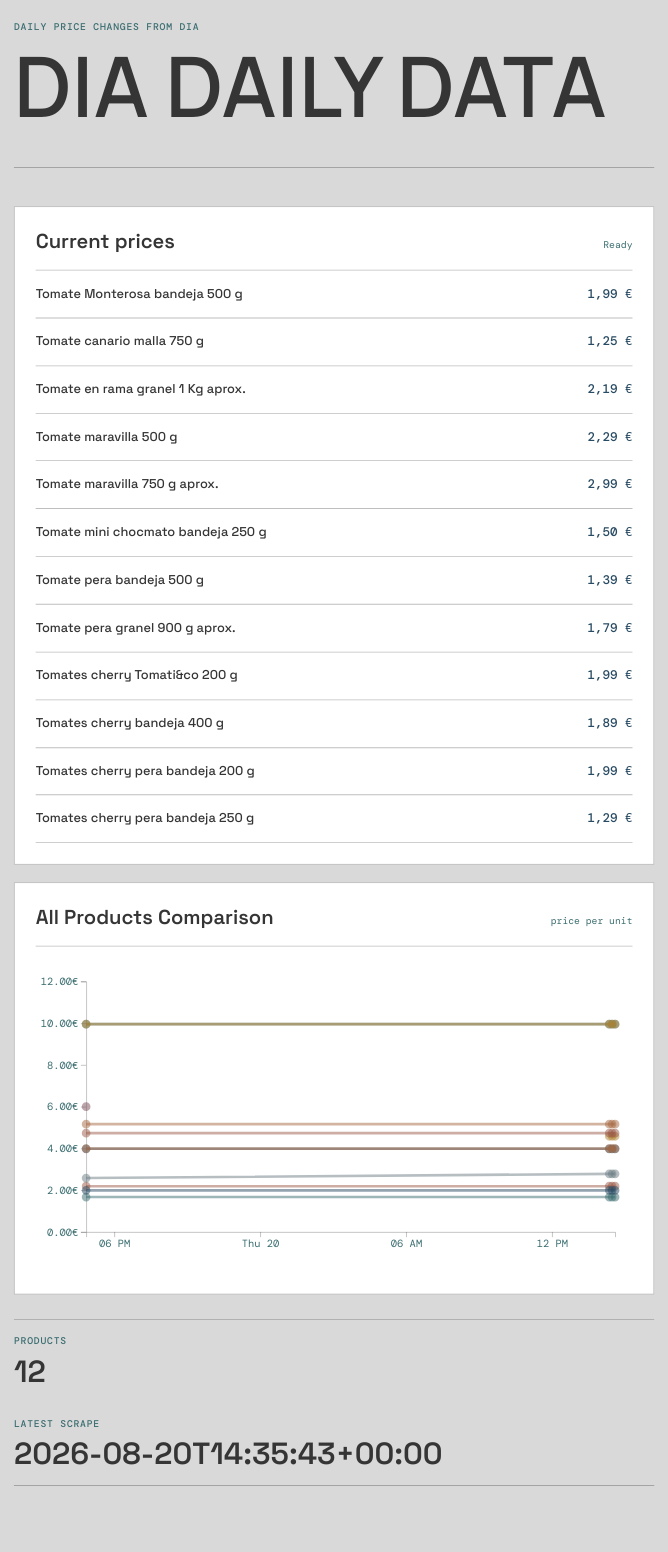
Repository: lloop/dia-daily-data
Page: http://localhost/
These files come from the project's save history. The page is drawn as it stood at one moment and after the next save; the edit follows.
The browser window is 768 px wide. The pictures show the whole page, at 87% of full size.
The page is served by the project's application, run on Flask 3 (app.py). Other server files are loaded and not shown. The page reads the database file committed with the project.

Above is the page before, as saved 2026-08-20 17:46:15.

### templates/index.html
<!doctype html>
<html lang="en">
<head>
  <meta charset="utf-8">
  <meta name="viewport" content="width=device-width, initial-scale=1">
  <title>Daily Price Changes From DIA</title>
  <link rel="stylesheet" href="{{ url_for('static', filename='styles.css') }}">
</head>
<body>
  <main class="dashboard">
    <header class="dashboard__header">
      <p class="eyebrow">Daily Price Changes From DIA</p>
      <h1>DIA DAILY DATA</h1>
      <!-- <p class="lede">A live view of products and price snapshots from DIA supermarket.</p> -->
    </header>

    <section class="content-grid">
      <div class="panel">
        <div class="panel__heading">
          <h2>Current prices</h2>
          <span id="status">Loading...</span>
        </div>
        <div id="product-list" class="product-list"></div>
      </div>

      <div class="panel panel--chart">
        <div class="panel__heading">
          <h2 id="chart-title">Price history</h2>
          <span id="chart-unit"></span>
        </div>
        <svg id="price-chart" role="img" aria-label="Selected product price history"></svg>
        <p id="empty-chart" class="empty-state">Select a product to inspect its price history.</p>
      </div>
    </section>

    <section class="summary" aria-label="Database summary">
      <div><span class="summary__label">Products</span><strong id="product-count">-</strong></div>
      <div><span class="summary__label">Latest scrape</span><strong id="latest-scrape">-</strong></div>
    </section>

  </main>

  <script src="https://cdn.jsdelivr.net/npm/d3@7"></script>
  <script src="{{ url_for('static', filename='app.js') }}"></script>
</body>
</html>

### app.py
"""Flask server for exploring scraped DIA product and price data."""

import json
import sqlite3
from pathlib import Path

from flask import Flask, jsonify, render_template

from config import DATABASE_FILE


def create_app(database_path=None):
    """Create the Flask application, optionally using a test database."""
    app = Flask(__name__)
    app.config['DATABASE_FILE'] = Path(database_path or DATABASE_FILE)

    def query_database(query, parameters=()):
        database_file = app.config['DATABASE_FILE']
        if not database_file.exists():
            return []

        with sqlite3.connect(database_file) as connection:
            connection.row_factory = sqlite3.Row
            return [dict(row) for row in connection.execute(query, parameters)]

    @app.get('/')
    def index():
        return render_template('index.html')

    @app.get('/api/products')
    def products():
        rows = query_database(
            """
            SELECT
                products.id,
                products.name,
                products.item_type,
                products.metadata_json,
                latest.price,
                latest.currency,
                latest.raw_price_per_unit,
                latest.unit_price_eur,
                latest.availability,
                latest.scraped_at
            FROM products
            LEFT JOIN price_logs AS latest
                ON latest.id = (
                    SELECT price_logs.id
                    FROM price_logs
                    WHERE price_logs.product_id = products.id
                    ORDER BY price_logs.scraped_at DESC, price_logs.id DESC
                    LIMIT 1
                )
            ORDER BY products.name
            """
        )

        for row in rows:
            row['metadata'] = json.loads(row.pop('metadata_json') or '{}')

        return jsonify(rows)

    @app.get('/api/products/<int:product_id>/price-history')
    def price_history(product_id):
        rows = query_database(
            """
            SELECT price, currency, raw_price_per_unit, unit_price_eur,
                   availability, scraped_at
            FROM price_logs
            WHERE product_id = ?
            ORDER BY scraped_at, id
            """,
            (product_id,),
        )
        return jsonify(rows)

    return app


app = create_app()


if __name__ == '__main__':
    app.run(debug=True)

### static/styles.css
@import url('https://fonts.googleapis.com/css2?family=DM+Mono:wght@400;500&family=Manrope:wght@400;500;600;700&family=Space+Grotesk:wght@400;500;600;700&display=swap');

:root {
  color-scheme: light;
  --font-display: 'Space Grotesk', 'Helvetica Neue', Arial, sans-serif;
  --font-heading: 'Manrope', 'Helvetica Neue', Arial, sans-serif;
  --font-mono: 'DM Mono', 'Courier New', monospace;
  --graphite: #353535;
  --stormy-teal: #3c6e71;
  --white: #ffffff;
  --alabaster-grey: #d9d9d9;
  --yale-blue: #284b63;
  --ink: var(--graphite);
  --muted: var(--stormy-teal);
  --paper: var(--alabaster-grey);
  --panel: var(--white);
  --line: rgba(53, 53, 53, 0.32);
  --accent: var(--yale-blue);
  --accent-soft: rgba(60, 110, 113, 0.12);
}

* { box-sizing: border-box; }
body { margin: 0; background: var(--paper); color: var(--ink); font-family: var(--font-display); }
.dashboard { max-width: 1440px; margin: 0 auto; padding: 32px 36px 64px; }
.dashboard__header { max-width: none; margin-bottom: 72px; padding-bottom: 24px; border-bottom: 1px solid var(--line); }
.eyebrow, .summary__label, #status, #chart-unit { font: 500 0.7rem/1.2 var(--font-mono); letter-spacing: 0.08em; text-transform: uppercase; }
.eyebrow { color: var(--stormy-teal); margin: 0 0 20px; }
h1 { max-width: none; white-space: nowrap; font-family: var(--font-heading); font-size: clamp(2.6rem, 10vw, 9rem); line-height: 0.86; margin: 0 0 28px; font-weight: 600; letter-spacing: 0; }
.lede { max-width: 410px; color: var(--muted); font: 500 1rem/1.5 var(--font-display); margin: 0 0 0 auto; }
.summary { display: flex; gap: 0; margin-bottom: 28px; border-top: 1px solid var(--line); border-bottom: 1px solid var(--line); }
.summary > div { flex: 1; background: transparent; border: 0; border-radius: 0; padding: 18px 20px 18px 0; box-shadow: none; }
.summary__label { display: block; color: var(--muted); margin-bottom: 10px; }
.summary strong { font-size: 2.2rem; line-height: 1; font-weight: 600; }
.content-grid { display: grid; grid-template-columns: minmax(280px, 0.75fr) minmax(420px, 1.6fr); gap: 48px; margin-bottom: 28px; }
.panel { background: var(--panel); border: 1px solid var(--line); border-radius: 0; padding: 24px; min-height: 420px; box-shadow: none; }
.panel__heading { display: flex; align-items: baseline; justify-content: space-between; gap: 16px; border-bottom: 1px solid var(--line); padding-bottom: 18px; }
h2 { font-size: 1.45rem; font-weight: 600; letter-spacing: 0; margin: 0; }
#status, #chart-unit { color: var(--muted); letter-spacing: 0; text-transform: none; font-weight: 400; }
.product-list { display: grid; }
.product-button { display: flex; justify-content: space-between; gap: 16px; width: 100%; text-align: left; border: 0; border-bottom: 1px solid var(--line); background: transparent; color: inherit; padding: 17px 0; cursor: pointer; transition: background 160ms ease, padding 160ms ease; }
.product-button:hover, .product-button.is-selected { background: var(--accent-soft); padding-left: 12px; padding-right: 12px; }
.product-name { font: 500 0.92rem/1.35 var(--font-display); }
.product-price { white-space: nowrap; font: 500 0.9rem/1.35 var(--font-mono); color: var(--accent); }
#price-chart { width: 100%; height: 350px; margin-top: 20px; overflow: visible; }
.axis text { fill: var(--muted); font: 12px var(--font-mono); }
.axis path, .axis line { stroke: var(--line); }
.chart-line { fill: none; stroke: var(--accent); stroke-width: 3; }
.chart-dot { fill: var(--panel); stroke: var(--accent); stroke-width: 2; }
.empty-state { color: var(--muted); font: 400 0.95rem/1.5 var(--font-display); }
@media (max-width: 800px) { .dashboard { padding: 24px 16px 48px; } .dashboard__header { margin-bottom: 44px; } h1 { font-size: clamp(2rem, 13vw, 6rem); } .lede { margin-left: 0; } .content-grid { grid-template-columns: 1fr; gap: 20px; } .summary { flex-direction: column; } .summary > div { padding-right: 0; } .panel--chart { min-height: 360px; } }

### static/app.js
const state = { products: [], histories: {}, selectedId: null };

const productList = document.querySelector('#product-list');
const status = document.querySelector('#status');
const productCount = document.querySelector('#product-count');
const latestScrape = document.querySelector('#latest-scrape');
const chartTitle = document.querySelector('#chart-title');
const chartUnit = document.querySelector('#chart-unit');
const chart = d3.select('#price-chart');
const emptyChart = document.querySelector('#empty-chart');

// Muted colors keep overlapping product histories distinct without becoming loud.
const colorScale = d3.scaleOrdinal([
  '#284b63',
  '#3c6e71',
  '#9b5c4a',
  '#b18432',
  '#a86b45',
  '#7c4f5a',
  '#6e7f86',
]);

function formatPrice(value, currency = 'EUR') {
  if (value === null || value === undefined) return 'No price';
  return new Intl.NumberFormat('es-ES', { style: 'currency', currency }).format(value);
}

function renderProducts() {
  productList.replaceChildren();
  state.products.forEach(product => {
    const button = document.createElement('button');
    button.className = 'product-button';
    button.dataset.productId = product.id;
    button.innerHTML = `<span class="product-name">${product.name}</span><span class="product-price">${formatPrice(product.price, product.currency)}</span>`;

    // Hover over sidebar button to highlight corresponding line on the chart
    button.addEventListener('mouseenter', () => highlightProduct(product.id));
    button.addEventListener('mouseleave', () => resetHighlight());

    // Click button to isolate/select product title
    button.addEventListener('click', () => selectProduct(product.id));
    productList.append(button);
  });
}

function drawChart() {
  const width = chart.node().clientWidth || 600;
  const height = 350;
  const margin = { top: 20, right: 20, bottom: 42, left: 58 };

  chart.attr('viewBox', `0 0 ${width} ${height}`).selectAll('*').remove();

  // Combine all product histories into arrays for plotting
  const allSeries = state.products.map(product => {
    const rawHistory = state.histories[product.id] || [];
    return {
      product,
      values: rawHistory.map(item => ({ ...item, date: new Date(item.scraped_at) }))
    };
  }).filter(series => series.values.length > 0);

  const hasData = allSeries.length > 0;
  emptyChart.hidden = hasData;
  chartUnit.textContent = hasData ? 'price per unit' : '';
  if (!hasData) return;

  // Flatten values across all products to calculate global X and Y domains
  const allPoints = allSeries.flatMap(s => s.values);
  const x = d3.scaleTime()
    .domain(d3.extent(allPoints, d => d.date))
    .range([margin.left, width - margin.right]);

  const y = d3.scaleLinear()
    .domain([0, d3.max(allPoints, d => d.unit_price_eur) * 1.15 || 1])
    .nice()
    .range([height - margin.bottom, margin.top]);

  const line = d3.line()
    .x(d => x(d.date))
    .y(d => y(d.unit_price_eur));

  // Axes
  chart.append('g')
    .attr('class', 'axis')
    .attr('transform', `translate(0,${height - margin.bottom})`)
    .call(d3.axisBottom(x).ticks(5));

  chart.append('g')
    .attr('class', 'axis')
    .attr('transform', `translate(${margin.left},0)`)
    .call(d3.axisLeft(y).ticks(5).tickFormat(value => `${value.toFixed(2)}€`));

  // Render Overlaid Lines (50% Opacity)
  allSeries.forEach(series => {
    const lineColor = colorScale(series.product.id);

    chart.append('path')
      .datum(series.values)
      .attr('class', `chart-line line-product-${series.product.id}`)
      .attr('d', line)
      .attr('fill', 'none')
      .style('stroke', lineColor)
      .attr('stroke-width', 2)
      .attr('opacity', 0.5);

    // Data points for hover feedback
    chart.selectAll(`.chart-dot-${series.product.id}`)
      .data(series.values)
      .join('circle')
      .attr('class', `chart-dot chart-dot-${series.product.id}`)
      .attr('r', 4)
      .attr('cx', item => x(item.date))
      .attr('cy', item => y(item.unit_price_eur))
      .style('fill', lineColor)
      .style('stroke', lineColor)
      .attr('opacity', 0.5)
      .on('mouseenter', () => highlightProduct(series.product.id))
      .on('mouseleave', () => resetHighlight())
      .append('title')
      .text(item => `${series.product.name}\n${formatPrice(item.unit_price_eur)} - ${item.scraped_at}`);
  });
}

function highlightProduct(productId) {
  // Dim all lines to 15% opacity, highlight selected line at 100% opacity
  chart.selectAll('.chart-line')
    .attr('opacity', 0.15)
    .attr('stroke-width', 2);

  chart.selectAll('.chart-dot')
    .attr('opacity', 0.15);

  chart.selectAll(`.line-product-${productId}`)
    .attr('opacity', 1)
    .attr('stroke-width', 4);

  chart.selectAll(`.chart-dot-${productId}`)
    .attr('opacity', 1);
}

function resetHighlight() {
  // Restore all lines to 50% opacity
  chart.selectAll('.chart-line')
    .attr('opacity', 0.5)
    .attr('stroke-width', 2);

  chart.selectAll('.chart-dot')
    .attr('opacity', 0.5);
}

function selectProduct(productId) {
  state.selectedId = productId;
  document.querySelectorAll('.product-button').forEach(button => {
    button.classList.toggle('is-selected', Number(button.dataset.productId) === productId);
  });
  const product = state.products.find(item => item.id === productId);
  if (product) {
    chartTitle.textContent = product.name;
  }
}

async function loadProducts() {
  const response = await fetch('/api/products');
  state.products = await response.json();
  productCount.textContent = state.products.length;
  latestScrape.textContent = state.products.reduce((latest, item) => item.scraped_at > latest ? item.scraped_at : latest, '-') || '-';
  status.textContent = state.products.length ? 'Loading history...' : 'No database records';

  renderProducts();

  // Fetch price history for all products in parallel
  const historyPromises = state.products.map(product =>
    fetch(`/api/products/${product.id}/price-history`)
      .then(res => res.json())
      .then(data => { state.histories[product.id] = data; })
  );

  await Promise.all(historyPromises);

  status.textContent = state.products.length ? 'Ready' : 'No database records';
  chartTitle.textContent = 'All Products Comparison';
  drawChart();
}

loadProducts().catch(error => {
  status.textContent = 'Unable to load data';
  console.error(error);
});

### output/dia_products.sqlite3 (the tables this page reads, as SQL)
CREATE TABLE price_logs (
    id INTEGER PRIMARY KEY,
    product_id INTEGER NOT NULL,
    price REAL,
    currency TEXT,
    raw_price_per_unit TEXT,
    unit_price_eur REAL,
    availability TEXT,
    scraped_at DATETIME NOT NULL,
    FOREIGN KEY (product_id) REFERENCES products(id)
);
INSERT INTO "price_logs" VALUES
(1, 1, 1.29, 'EUR', '(2,58 €/KILO)', 2.58, 'https://schema.org/InStock', '2026-08-19T16:50:45+00:00'),
(2, 2, 2.19, 'EUR', '(2,19 €/KILO)', 2.19, 'https://schema.org/InStock', '2026-08-19T16:50:45+00:00'),
(3, 3, 1.99, 'EUR', '(9,95 €/KILO)', 9.95, 'https://schema.org/InStock', '2026-08-19T16:50:45+00:00'),
(4, 4, 1.29, 'EUR', '(5,16 €/KILO)', 5.16, 'https://schema.org/InStock', '2026-08-19T16:50:45+00:00'),
(5, 5, 1.79, 'EUR', '(1,99 €/KILO)', 1.99, 'https://schema.org/InStock', '2026-08-19T16:50:45+00:00'),
(6, 6, 1.89, 'EUR', '(4,73 €/KILO)', 4.73, 'https://schema.org/InStock', '2026-08-19T16:50:45+00:00'),
(7, 7, 1.99, 'EUR', '(3,98 €/KILO)', 3.98, 'https://schema.org/InStock', '2026-08-19T16:50:45+00:00'),
(8, 8, 1.25, 'EUR', '(1,67 €/KILO)', 1.67, 'https://schema.org/InStock', '2026-08-19T16:50:45+00:00'),
(9, 9, 2.99, 'EUR', '(3,99 €/KILO)', 3.99, 'https://schema.org/OutOfStock', '2026-08-19T16:50:45+00:00'),
(10, 10, 1.5, 'EUR', '(6,00 €/KILO)', 6.0, 'https://schema.org/InStock', '2026-08-19T16:50:45+00:00'),
(11, 11, 1.99, 'EUR', '(9,95 €/KILO)', 9.95, 'https://schema.org/InStock', '2026-08-19T16:50:45+00:00'),
(12, 1, 1.39, 'EUR', '(2,78 €/KILO)', 2.78, 'https://schema.org/InStock', '2026-08-20T14:21:22+00:00'),
(13, 2, 2.19, 'EUR', '(2,19 €/KILO)', 2.19, 'https://schema.org/InStock', '2026-08-20T14:21:22+00:00'),
(14, 3, 1.99, 'EUR', '(9,95 €/KILO)', 9.95, 'https://schema.org/InStock', '2026-08-20T14:21:22+00:00'),
(15, 4, 1.29, 'EUR', '(5,16 €/KILO)', 5.16, 'https://schema.org/InStock', '2026-08-20T14:21:22+00:00'),
(16, 5, 1.79, 'EUR', '(1,99 €/KILO)', 1.99, 'https://schema.org/InStock', '2026-08-20T14:21:22+00:00'),
(17, 6, 1.89, 'EUR', '(4,73 €/KILO)', 4.73, 'https://schema.org/InStock', '2026-08-20T14:21:22+00:00'),
(18, 7, 1.99, 'EUR', '(3,98 €/KILO)', 3.98, 'https://schema.org/InStock', '2026-08-20T14:21:22+00:00'),
(19, 8, 1.25, 'EUR', '(1,67 €/KILO)', 1.67, 'https://schema.org/InStock', '2026-08-20T14:21:22+00:00'),
(20, 9, 2.99, 'EUR', '(3,99 €/KILO)', 3.99, 'https://schema.org/OutOfStock', '2026-08-20T14:21:22+00:00'),
(21, 11, 1.99, 'EUR', '(9,95 €/KILO)', 9.95, 'https://schema.org/InStock', '2026-08-20T14:21:22+00:00'),
(22, 12, 2.29, 'EUR', '(4,58 €/KILO)', 4.58, 'https://schema.org/InStock', '2026-08-20T14:21:22+00:00'),
(23, 1, 1.39, 'EUR', '(2,78 €/KILO)', 2.78, 'https://schema.org/InStock', '2026-08-20T14:28:25+00:00'),
(24, 2, 2.19, 'EUR', '(2,19 €/KILO)', 2.19, 'https://schema.org/InStock', '2026-08-20T14:28:25+00:00'),
(25, 3, 1.99, 'EUR', '(9,95 €/KILO)', 9.95, 'https://schema.org/InStock', '2026-08-20T14:28:25+00:00'),
(26, 4, 1.29, 'EUR', '(5,16 €/KILO)', 5.16, 'https://schema.org/InStock', '2026-08-20T14:28:25+00:00'),
(27, 5, 1.79, 'EUR', '(1,99 €/KILO)', 1.99, 'https://schema.org/InStock', '2026-08-20T14:28:25+00:00'),
(28, 6, 1.89, 'EUR', '(4,73 €/KILO)', 4.73, 'https://schema.org/InStock', '2026-08-20T14:28:25+00:00'),
(29, 7, 1.99, 'EUR', '(3,98 €/KILO)', 3.98, 'https://schema.org/InStock', '2026-08-20T14:28:25+00:00'),
(30, 8, 1.25, 'EUR', '(1,67 €/KILO)', 1.67, 'https://schema.org/InStock', '2026-08-20T14:28:25+00:00'),
(31, 9, 2.99, 'EUR', '(3,99 €/KILO)', 3.99, 'https://schema.org/OutOfStock', '2026-08-20T14:28:25+00:00'),
(32, 11, 1.99, 'EUR', '(9,95 €/KILO)', 9.95, 'https://schema.org/InStock', '2026-08-20T14:28:25+00:00'),
(33, 12, 2.29, 'EUR', '(4,58 €/KILO)', 4.58, 'https://schema.org/InStock', '2026-08-20T14:28:25+00:00'),
(34, 1, 1.39, 'EUR', '(2,78 €/KILO)', 2.78, 'https://schema.org/InStock', '2026-08-20T14:35:43+00:00'),
(35, 2, 2.19, 'EUR', '(2,19 €/KILO)', 2.19, 'https://schema.org/InStock', '2026-08-20T14:35:43+00:00'),
(36, 3, 1.99, 'EUR', '(9,95 €/KILO)', 9.95, 'https://schema.org/InStock', '2026-08-20T14:35:43+00:00'),
(37, 4, 1.29, 'EUR', '(5,16 €/KILO)', 5.16, 'https://schema.org/InStock', '2026-08-20T14:35:43+00:00'),
(38, 5, 1.79, 'EUR', '(1,99 €/KILO)', 1.99, 'https://schema.org/InStock', '2026-08-20T14:35:43+00:00'),
(39, 6, 1.89, 'EUR', '(4,73 €/KILO)', 4.73, 'https://schema.org/InStock', '2026-08-20T14:35:43+00:00'),
(40, 7, 1.99, 'EUR', '(3,98 €/KILO)', 3.98, 'https://schema.org/InStock', '2026-08-20T14:35:43+00:00'),
(41, 8, 1.25, 'EUR', '(1,67 €/KILO)', 1.67, 'https://schema.org/InStock', '2026-08-20T14:35:43+00:00'),
(42, 9, 2.99, 'EUR', '(3,99 €/KILO)', 3.99, 'https://schema.org/OutOfStock', '2026-08-20T14:35:43+00:00'),
(43, 11, 1.99, 'EUR', '(9,95 €/KILO)', 9.95, 'https://schema.org/InStock', '2026-08-20T14:35:43+00:00'),
(44, 12, 2.29, 'EUR', '(4,58 €/KILO)', 4.58, 'https://schema.org/InStock', '2026-08-20T14:35:43+00:00');

CREATE TABLE products (
    id INTEGER PRIMARY KEY,
    name TEXT UNIQUE NOT NULL,
    item_type TEXT,
    metadata_json TEXT NOT NULL
);
INSERT INTO "products" VALUES
(1, 'Tomate pera bandeja 500 g', 'Product', '{"type": "Product", "info_labels": ["Calibre: + 57MM-75MM", "Categoria: I", "Variedad: PERA", "Origen: PORTUGAL", "Tipo de producto: Tomates"]}'),
(2, 'Tomate en rama granel 1 Kg aprox.', 'Product', '{"type": "Product", "info_labels": ["Calibre: 57 + MM", "Categoria: I", "Variedad: RAMA", "Origen: VER ENVASE", "Tipo de producto: Tomates"]}'),
(3, 'Tomates cherry Tomati&co 200 g', 'Product', '{"type": "Product", "info_labels": ["Calibre: 18-35MM", "Categoria: I", "Variedad: VITALION", "Origen: ESPAÑA", "Tipo de producto: Tomates"]}'),
(4, 'Tomates cherry pera bandeja 250 g', 'Product', '{"type": "Product", "info_labels": ["Calibre: 17-35 MM", "Categoria: I", "Variedad: CHERRY PERA, ANGELLE", "Origen: ESPAÑA", "Tipo de producto: Tomates"]}'),
(5, 'Tomate pera granel 900 g aprox.', 'Product', '{"type": "Product", "info_labels": ["Calibre: 47-66MM", "Categoria: I", "Variedad: PERA", "Origen: PORTUGAL", "Tipo de producto: Tomates"]}'),
(6, 'Tomates cherry bandeja 400 g', 'Product', '{"type": "Product", "info_labels": ["Calibre: 18 MM - 32 MM", "Categoria: I", "Variedad: CHERRY REDONDO, KARELYA", "Origen: ESPAÑA", "Tipo de producto: Tomates"]}'),
(7, 'Tomate Monterosa bandeja 500 g', 'Product', '{"type": "Product", "info_labels": ["Calibre: +67MM-", "Categoria: I", "Variedad: MONTEROSA", "Origen: VER ENVASE", "Tipo de producto: Tomates"]}'),
(8, 'Tomate canario malla 750 g', 'Product', '{"type": "Product", "info_labels": ["Calibre: 47MM-66MM", "Categoria: I", "Variedad: -", "Origen: PORTUGAL", "Tipo de producto: Tomates"]}'),
(9, 'Tomate maravilla 750 g aprox.', 'Product', '{"type": "Product", "info_labels": ["Calibre: + 67MM", "Categoria: I", "Variedad: MARAVILLA", "Origen: ESPAÑA", "Tipo de producto: Tomates"]}'),
(10, 'Tomate mini chocmato bandeja 250 g', 'Product', '{"type": "Product", "info_labels": ["Calibre: 17-35MM", "Categoria: I", "Variedad: MINI CHOCMATO", "Origen: ESPAÑA", "Tipo de producto: Tomates"]}'),
(11, 'Tomates cherry pera bandeja 200 g', 'Product', '{"type": "Product", "info_labels": ["Calibre: 20-35 MM", "Categoria: I", "Variedad: CHERRY PERA LOBELLO", "Origen: ESPAÑA", "Tipo de producto: Tomates"]}'),
(12, 'Tomate maravilla 500 g', 'Product', '{"type": "Product", "info_labels": ["Calibre: 57 MM", "Categoria: I", "Variedad: MARAVILLA", "Origen: ESPAÑA", "Tipo de producto: Tomates"]}');

After the next save:
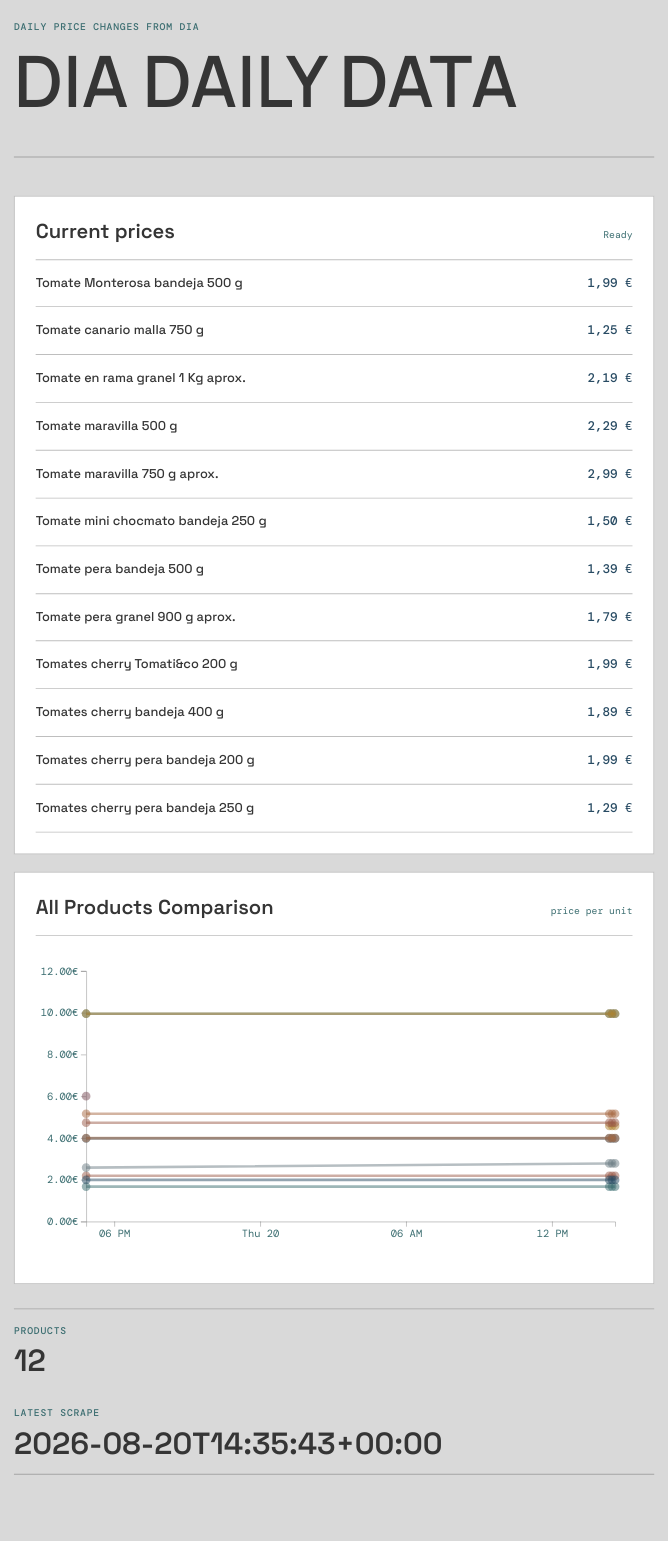
Saved 83 s later.
--- a/static/styles.css
+++ b/static/styles.css
@@ -25,7 +25,7 @@
 .dashboard__header { max-width: none; margin-bottom: 72px; padding-bottom: 24px; border-bottom: 1px solid var(--line); }
 .eyebrow, .summary__label, #status, #chart-unit { font: 500 0.7rem/1.2 var(--font-mono); letter-spacing: 0.08em; text-transform: uppercase; }
 .eyebrow { color: var(--stormy-teal); margin: 0 0 20px; }
-h1 { max-width: none; white-space: nowrap; font-family: var(--font-heading); font-size: clamp(2.6rem, 10vw, 9rem); line-height: 0.86; margin: 0 0 28px; font-weight: 600; letter-spacing: 0; }
+h1 { max-width: none; white-space: nowrap; font-family: var(--font-heading); font-size: clamp(2.21rem, 8.5vw, 7.65rem); line-height: 0.86; margin: 0 0 28px; font-weight: 600; letter-spacing: 0; }
 .lede { max-width: 410px; color: var(--muted); font: 500 1rem/1.5 var(--font-display); margin: 0 0 0 auto; }
 .summary { display: flex; gap: 0; margin-bottom: 28px; border-top: 1px solid var(--line); border-bottom: 1px solid var(--line); }
 .summary > div { flex: 1; background: transparent; border: 0; border-radius: 0; padding: 18px 20px 18px 0; box-shadow: none; }
@@ -47,4 +47,4 @@
 .chart-line { fill: none; stroke: var(--accent); stroke-width: 3; }
 .chart-dot { fill: var(--panel); stroke: var(--accent); stroke-width: 2; }
 .empty-state { color: var(--muted); font: 400 0.95rem/1.5 var(--font-display); }
-@media (max-width: 800px) { .dashboard { padding: 24px 16px 48px; } .dashboard__header { margin-bottom: 44px; } h1 { font-size: clamp(2rem, 13vw, 6rem); } .lede { margin-left: 0; } .content-grid { grid-template-columns: 1fr; gap: 20px; } .summary { flex-direction: column; } .summary > div { padding-right: 0; } .panel--chart { min-height: 360px; } }
+@media (max-width: 800px) { .dashboard { padding: 24px 16px 48px; } .dashboard__header { margin-bottom: 44px; } h1 { font-size: clamp(1.7rem, 11.05vw, 5.1rem); } .lede { margin-left: 0; } .content-grid { grid-template-columns: 1fr; gap: 20px; } .summary { flex-direction: column; } .summary > div { padding-right: 0; } .panel--chart { min-height: 360px; } }
